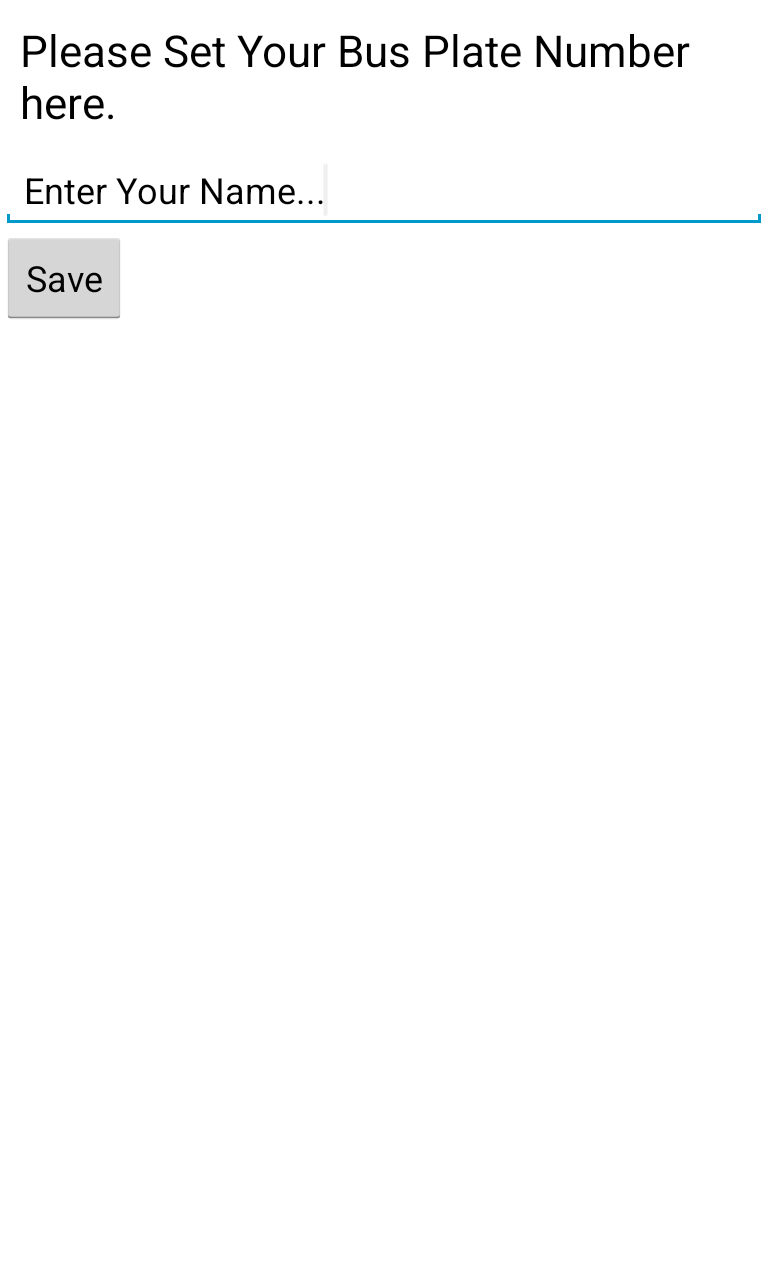
Repository: patheon17/myrepo2
Layout: workspace/UMBusTracker/res/layout/activity_set_plate_num.xml
The author's editor kept a copy of each file at every save. The layout is drawn from the files as they stood at one save, then again after the next save.
It is drawn on a 768 x 1280 px phone screen (xhdpi) without system bars, with theme AppTheme; the app's code is not run.

Above is the layout before, as saved 2013-09-29 14:45:02.

After the next save:
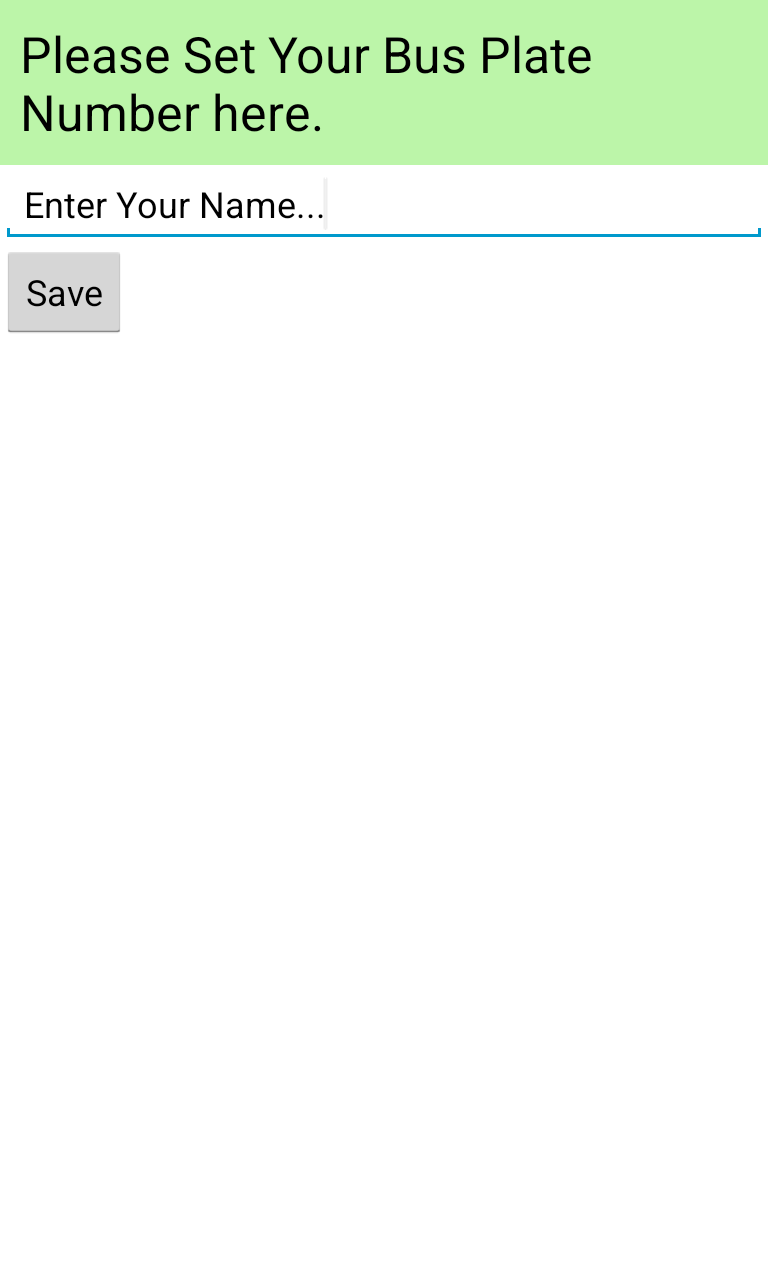
Saved 2 min 31 s later.
--- a/workspace/UMBusTracker/res/layout/activity_set_plate_num.xml
+++ b/workspace/UMBusTracker/res/layout/activity_set_plate_num.xml
@@ -9,9 +9,11 @@
         android:id="@+id/textView1"
         android:layout_width="wrap_content"
         android:layout_height="wrap_content"
+        android:background="@color/appbackground"
+        android:padding="10sp"
         android:text="Please Set Your Bus Plate Number here."
-        android:padding="10sp"
-        android:textAppearance="?android:attr/textAppearanceLarge" />
+        android:textAppearance="?android:attr/textAppearanceLarge"
+        android:textSize="25sp" />
 
     <EditText
         android:id="@+id/editText1"
